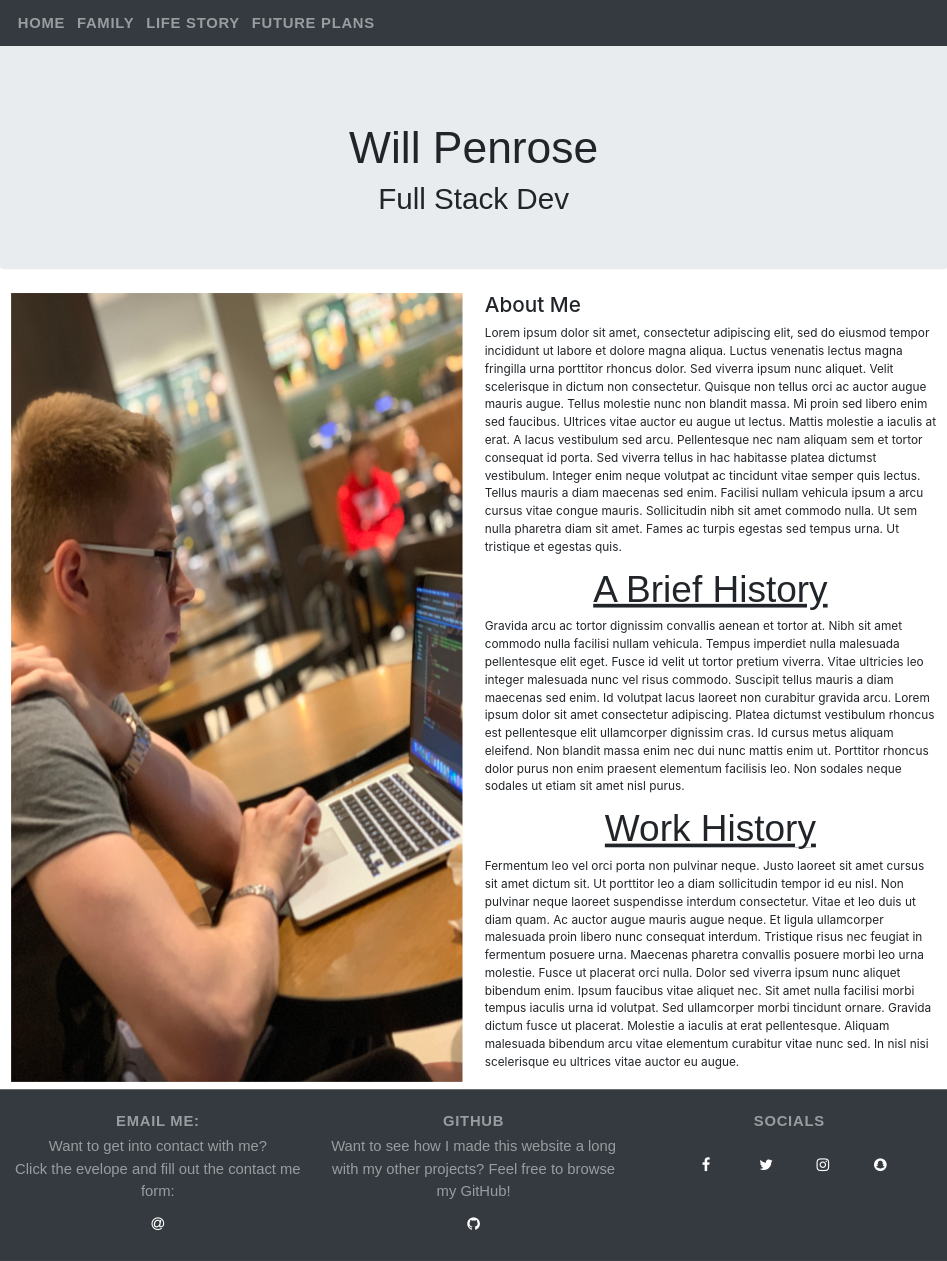
Repository: Code-Institute-Submissions/user-centric-frontend-dev-milestone-project
Page: index.html
The author's editor kept a record of every edit. The page is drawn from the files as they stood at one moment, then again after the next edit.
The browser window is 1280 px wide. The pictures show the whole page, at 74% of full size.
Some web fonts or font styles are not loaded; a fallback is used.

Above is the page before.

After the next edit:
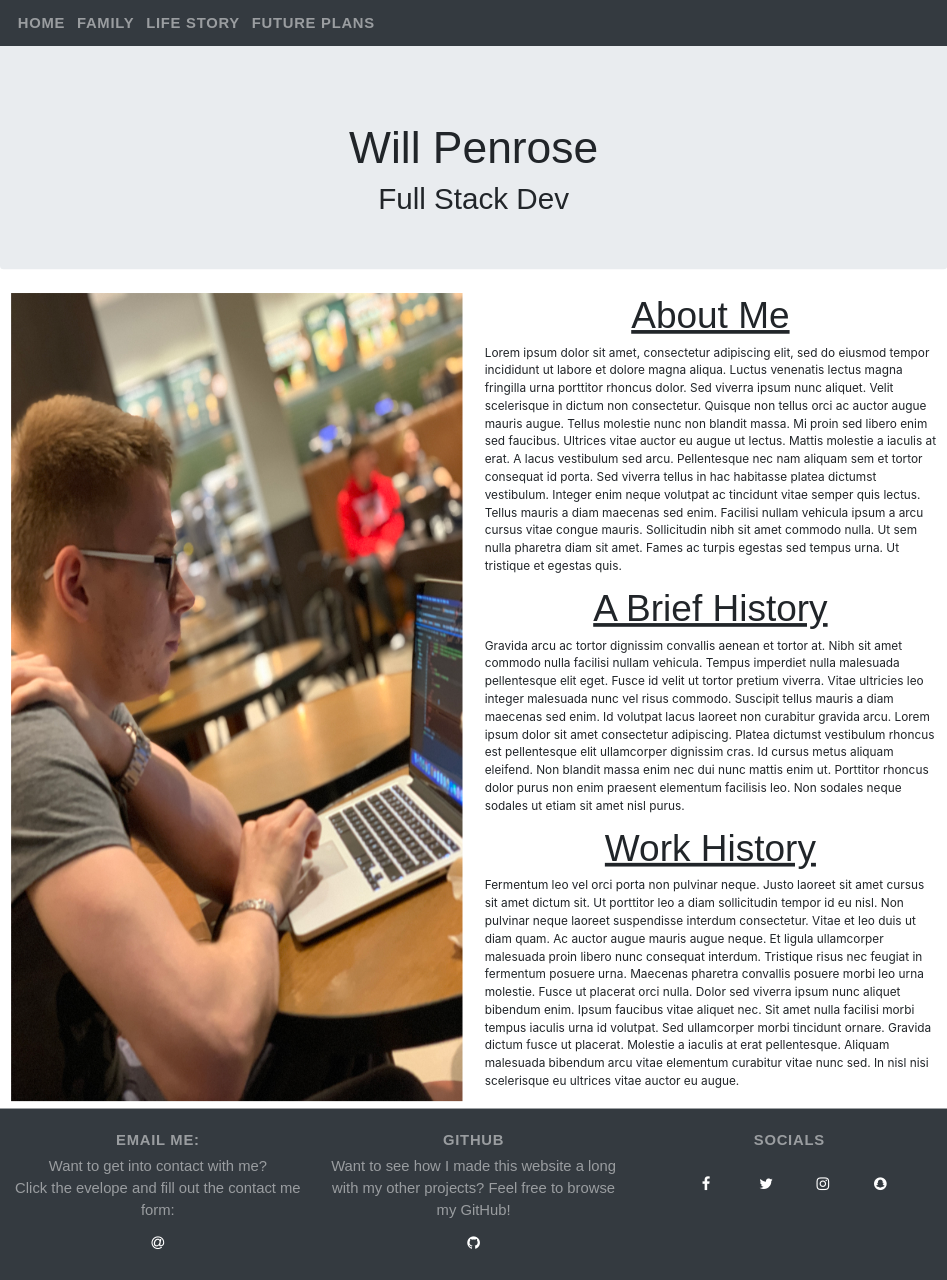
The edit:
--- a/index.html
+++ b/index.html
@@ -56,7 +56,7 @@
                     <img src="assets/images/will.jpg" class="image"></img>
                 </div>
                 <div class="col-sm-12 col-md-12 col-lg-6 home-paragraphs">
-                    <h3>About Me</h3>
+                    <h3 class="paragraph-heading">About Me</h3>
                     <p>
                         Lorem ipsum dolor sit amet, consectetur adipiscing elit, sed do eiusmod tempor incididunt ut labore et dolore magna aliqua. Luctus venenatis lectus magna fringilla urna porttitor rhoncus dolor. Sed viverra ipsum nunc aliquet. Velit scelerisque in dictum
                         non consectetur. Quisque non tellus orci ac auctor augue mauris augue. Tellus molestie nunc non blandit massa. Mi proin sed libero enim sed faucibus. Ultrices vitae auctor eu augue ut lectus. Mattis molestie a iaculis at erat.
